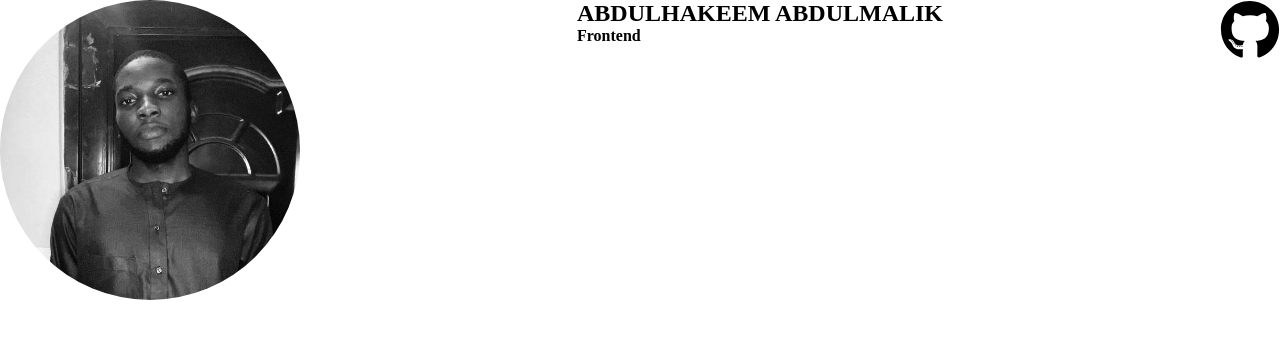
Repository: malikhakeem/HNG-TASK
Page: HNG-TASK1.html
These files come from the project's save history. The page is drawn as it stood at one moment and after a run of saves; the edit follows.
The browser window is 1280 px wide. The pictures show the whole page.

Above is the page before, as saved 2023-09-08 21:47:22.

### HNG-TASK1.html
<!DOCTYPE html>
<html lang="en">

<head>
    <meta charset="UTF-8">
    <meta name="viewport" content="width=device-width, initial-scale=1.0">

    <link rel="stylesheet" href="./HNG-TASK!.css">
    <title>HNG</title>
</head>

<body>
    <div class="body">
        <div class="nav">
            <div class="nav-left"><img data-testId="slackDisplayImage" class="profile-pic" src="./pic/kim.jpg"alt="Malik" /></div>
            <div class="nav-mid">
                <div class="slack-name">
                    <h2>ABDULHAKEEM ABDULMALIK</h2>
                </div>
                <div class="track">
                    <h4>Frontend</h4>
                </div>
            </div>
            <div data-testId="slackUserName" class="nav-right">
                <a href="link address"><img src="./pic//github.svg" width="60" height="60"></a>
            </div>

        </div>
    </div>

</body>

</html>

### HNG-TASK!.css
*{
    padding:0px;
    margin:0px;

}

.profile-pic{
    width:300px;
    height:300px;
    border-radius: 50%;
}
.nav{
    display:flex;

    justify-content: space-between;
    /* padding: 0px 100px 0px 100px; */
}

.body{
    /* display:flex; */
    /* justify-content: center; */
    /* align-items: center; */
}

After the next 2 saves:
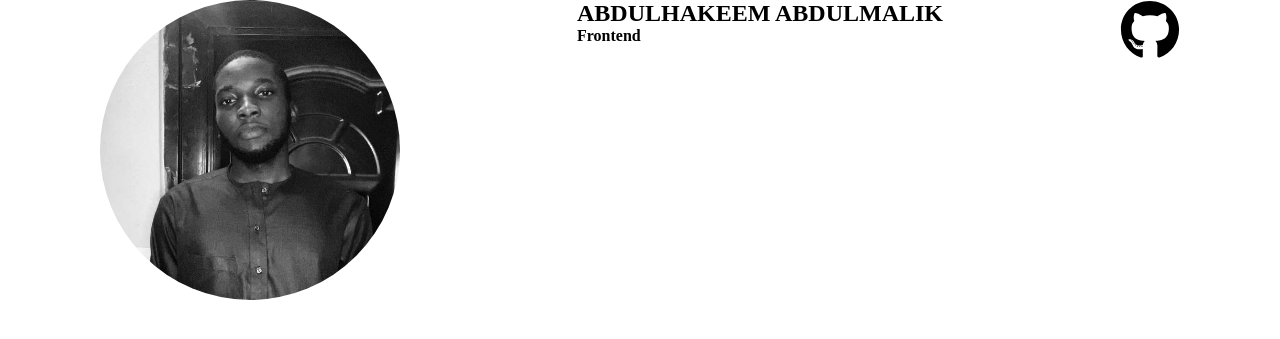
The 2 saves are shown as one change because they came seconds apart.
The last was saved 31 s later.
--- a/HNG-TASK!.css
+++ b/HNG-TASK!.css
@@ -13,11 +13,9 @@
     display:flex;
 
     justify-content: space-between;
-    /* padding: 0px 100px 0px 100px; */
+    padding: 0px 100px 0px 100px;
 }
 
 .body{
-    /* display:flex; */
-    /* justify-content: center; */
-    /* align-items: center; */
+
 }
